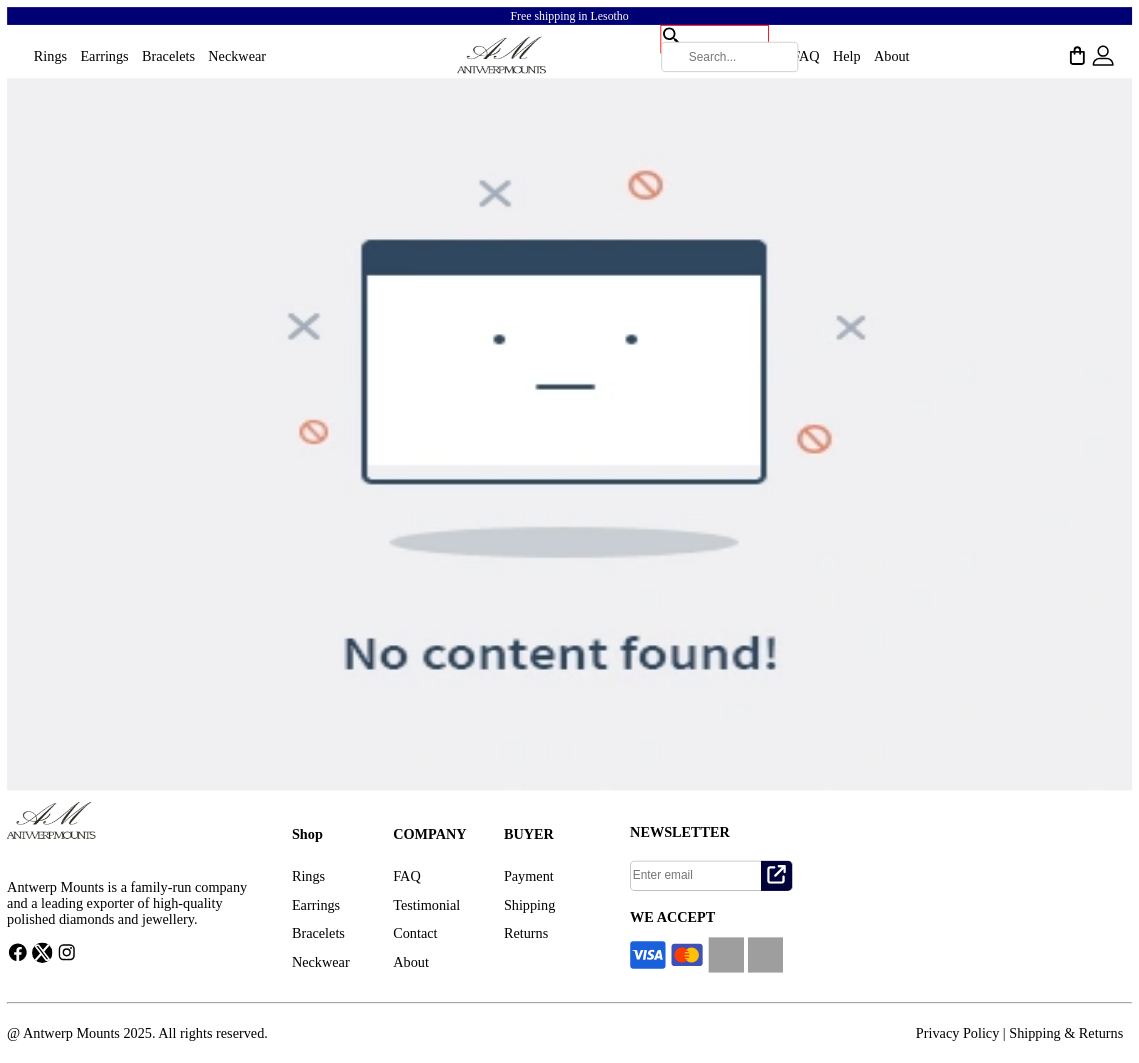
Repository: kea-0424/Web-Development-Project-1
Page: First_collaboration/JewelarySite.html
The author's editor kept a copy of each file at every save. The page is drawn from the files as they stood at one save, then again after the next save.
The browser window is 1280 px wide. The pictures show the whole page, at 89% of full size.
Pictures or frames that could not be fetched are drawn as grey boxes.

Above is the page before, as saved 2025-01-23 11:49:08.

### First_collaboration/JewelarySite.html
<!DOCTYPE html>
<html lang="en">
<head>
    <meta charset="UTF-8">
    <meta name="viewport" content="width=device-width, initial-scale=1.0">
    <title>Document</title>
    <link rel="stylesheet" href="./JewelarySite.css">
</head>
<body>
    <header>
        <div class="notification">
            <span>Free shipping in Lesotho</span>
        </div>
        <nav>
                <ul class="navigations"  id="right_nav">
                    <li class="navbar_links"><a href="#">Rings</a></li>
                    <li class="navbar_links"><a href="#">Earrings</a></li>
                    <li class="navbar_links"><a href="#">Bracelets</a></li>
                    <li class="navbar_links"><a href="#">Neckwear</a></li>
                </ul>

            <div class="logo_container">
<img src="Main_Logo-removebg-preview.png" alt="Logo" class="main_logo" id="Nav_logo">
            </div>
                <ul class="navigations" id="left_nav">
                    <li class="navbar_links"><a href="#">FAQ</a></li>
                    <li class="navbar_links"><a href="#">Help</a></li>
                    <li class="navbar_links"><a href="#">About</a></li>
                </ul>
                <form action="#">
                    <div class="searchbar_container">
                        <img src="./bx-search-alt-2.svg" alt="icon" class="searchbar_icon">
                        <input class='searchbar' type="text" placeholder="Search...">
                    </div>
                </form>
                <div class="nav_icons">
                    <img src="./cart.svg" alt="Logo" class="icon">
                    <img src="./profile.svg" alt="Logo" class="icon">
                </div>
        </nav>
    </header>
    <main>
        <img src="./NoContent.webp" alt="No_Content" class="No_Content">
    </main>
    <footer>
        <div class="about_us">
            <div class="logo_container">
                <img src="Main_Logo-removebg-preview.png" alt="Logo" class="main_logo">
                            </div>
                            <div class="bio">
                                <p>Antwerp Mounts is a family-run company<br>
                                    and a leading exporter of high-quality<br>
                                   polished diamonds and jewellery.</p>
                            </div>
                                <div class="social_media">
                                    <div class="socials" >
                                        <a href="#"><img src="./bxl-facebook-circle (1).svg" alt="Facebook" id="facebook_link"></a>
                                    </div>
                                    <div class="socials">
                                        <a href="#"><img src="./x-twitter-brands-solid.svg" alt="Twitter" id="X_link"></a>
                                    </div>
                                    <div class="socials">
                                        <a href="#"><img src="./bxl-instagram (1).svg" alt="Instagram" id="instagram_link"></a>
                                    </div>
                                    </div>
        </div>
        <div class="navigation">
            <div class="list1">
                <h4>Shop</h4>
                <ul class="footer_lists">
                    <li><a href="#">Rings</a></li>
                    <li><a href="#">Earrings</a></li>
                    <li><a href="#">Bracelets</a></li>
                    <li><a href="#">Neckwear</a></li>
                </ul>
            </div>
            <div class="list2">
               <h4>COMPANY</h4>
               <ul class="footer_lists">
                <li><a href="#">FAQ</a></li>
                <li><a href="#">Testimonial</a></li>
                <li><a href="#">Contact</a></li>
                <li><a href="#">About</a></li>
               </ul>
            </div>
            <div class="list3">
                <h4>BUYER</h4>
                <ul class="footer_lists">
                    <li><a href="#">Payment</a></li>
                    <li><a href="#">Shipping</a></li>
                    <li><a href="#">Returns</a></li>
                </ul>
            </div>
        </div>
        <div class="Subscription">
            <h4>NEWSLETTER</h4>
            <form action="#">
                <div class="input_container">
                    <input type="text" placeholder="Enter email" class="newsletter_input">
                    <button type="submit" class="submit_btn"><img src="./arrow-up-right-from-square-solid.svg" alt="arrow"></button>
                </div>
            </form>
            <h4>WE ACCEPT</h4>
            <div class="payment_methods">
                <div class="payment_method">
                    <img src="./cc-visa-brands-solid.svg" alt="visa" id="visa">
                </div>
                <div class="payment_method">
                    <img src="mastercard.svg" alt="mastercard" id="mastercard">
                </div>
                <div class="payment_method">
                    <img src="./paypal.svg" alt="paypal" id="paypal">
        </div>
        <div class="payment_method">
            <img src="./skrill.svg" alt="skrill" id="skrill">
        </div>
            </div>
        </div>
        <hr>
        <div class="copyright">
            <p class="left_details">@ Antwerp Mounts 2025. All rights reserved.</p>
            <p class="right_details">Privacy Policy | Shipping & Returns</p>
        </div>
    </footer>
</body>
</html>

### First_collaboration/JewelarySite.css

body {
    box-sizing: border-box;
}
.notification {
    background-color: rgb(0 0 117);
    color: rgb(255 255 255);
    display: flex;
    align-items: center;
    justify-content: center;
    font-size: smaller;
    width: inherit;
    height: 20px;
}
nav {
    display: flex;
    justify-content: space-between;
    /*padding: 10px;*/
}
.main_logo {
    height: 80px;
    width: 100px;
    margin-top: 0;

}
#Nav_logo {
    margin: 0 auto;
    position: absolute;
    left: 40%;
}
.navigations,.navbar_links {
    list-style-type: none;
    display: flex;
    justify-content: space-between;
list-style: none;
text-decoration: none;
color: inherit;
margin-right: 15px;
padding: 0;
}
nav {
    position:relative;
    width: 100%;
    height: 60px
}

a {
    text-decoration: none;
color: inherit;
}
a:hover {
    /*font-size: larger;*/
    transition: font-size 0.2s ease-in-out;
    position: relative;
    /*background-color: blue;*/
    color: rgba(0 0 255 / 0.26);
    border-radius: 3px;
}
main,.No_Content {
    width: 100%;
    height: 800px;
}
.searchbar {
    width: 120px;
    height: 30px;
    border-radius: 5px;
    border: 1px solid #ccc;
    margin-top: 18px;
    padding-left: 30px;
    position: absolute;
}
.searchbar_container{
border: 1px solid red;
    width: 120px;
    height: 30px;
    position: relative;
    left: 200px;
}
.searchbar_icon{
    position: absolute;
}
.navbar_links {
    margin-top: 10px;
}
.icon {
    width: 25px;
    height: 25px;
    margin-top: 22px;
}
#left_nav{
    position: absolute;
    right: 220px;
}
#right_nav {
    position: absolute;
    left: 30px;
}
.nav_icons {
    margin-right: 20px;
}
.socials {
    /*border: 1px solid red;*/
    display: inline;
    height: 50px;
    width: 50px;
}
.bio {
    /*border: 1px solid red;*/
    display: inline-block;
}
#X_link {
    background-color: black;
    height: 23px;
    width: 23px;
    border-radius: 50%;
    display: inline-block;
}
/*.list1,.list2,.list3*/.navigation{
    /*border: 1px solid red;*/
    display: inline-block;
    position: absolute;
    left: 320px;
    top: 20px;
box-sizing: border-box;
}
footer {
    /*border: 1px solid red;*/
    position: relative;
}
.list1,.list2,.list3 {
    /*border: 1px solid red;*/
    display: inline-block;
    box-sizing: border-box;
    margin-right: 5px;
}
.list3 {
    position: relative;
    bottom: 32px;
}
.footer_lists {
    position: relative;
    right: 40px;
    list-style: none;
    line-height: 2em;
}
.input_container{
    /*border: 1px solid red;*/
    display: inline;
    height: 33px;
    position: relative;
    border-radius: 5px;
    z-index: 1
}
.newsletter_input {
    height: 30px;
    overflow: hidden;
    border-radius: 5px;
    border: 1px solid rgba(0 0 0 / 0.25);
    /*z-index: 1;*/
}
.submit_btn {
    background-color: rgb(2 2 59);
    border: 1px solid transparent;
    height: 34px;
    width: 35px;
    position: absolute;
right: 1px;
    border-radius:0px 5px 5px 0px;
}
#visa, #mastercard, #paypal, #skrill {
    height: 40px;
    width: 40px;
}
#visa:hover, #mastercard:hover, #paypal:hover, #skrill:hover {
    height: 50px;
    width: 50px;
}
.payment_method {
    /*border: 1px solid red;*/
    display: inline-block;
    position: relative;
    bottom: 8px;
}
.Subscription {
/*border: 1px solid red;*/
display: inline;
position: absolute;
left: 700px;
top:18px;
}
hr {
    margin-top: 40px;
}
.copyright {
   /* border: 1px solid red;*/
    position: relative;
}
.left_details {
    /*border: 1px solid red;*/
    display: inline-block;
}
.right_details {
    /*border: 1px solid red;*/
    display: inline;
    position: absolute;
    right: 10px;
}

After the next save:
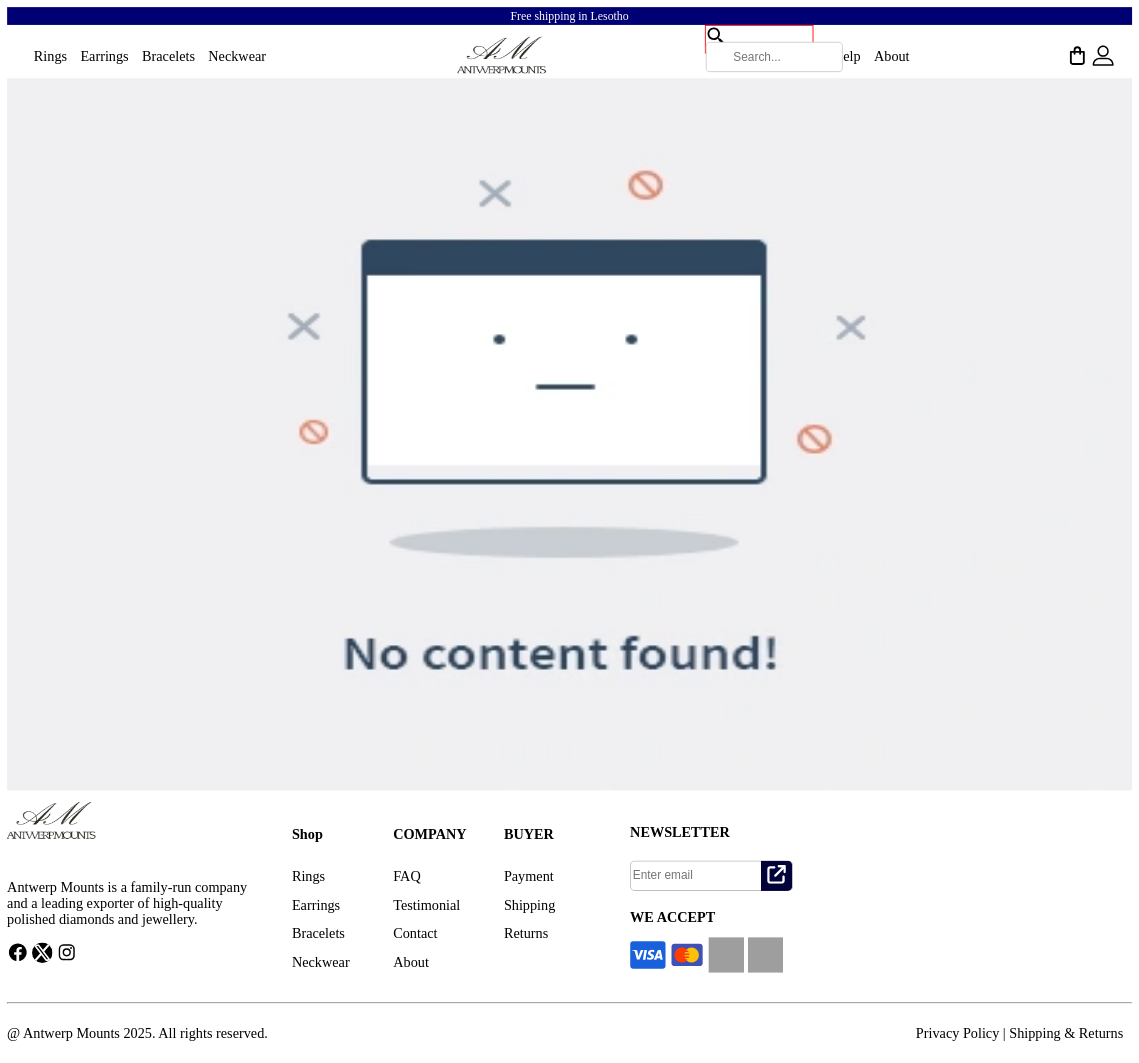
Saved 6 min 24 s later.
--- a/First_collaboration/JewelarySite.css
+++ b/First_collaboration/JewelarySite.css
@@ -74,7 +74,7 @@ border: 1px solid red;
     width: 120px;
     height: 30px;
     position: relative;
-    left: 200px;
+    left: 250px;
 }
 .searchbar_icon{
     position: absolute;
